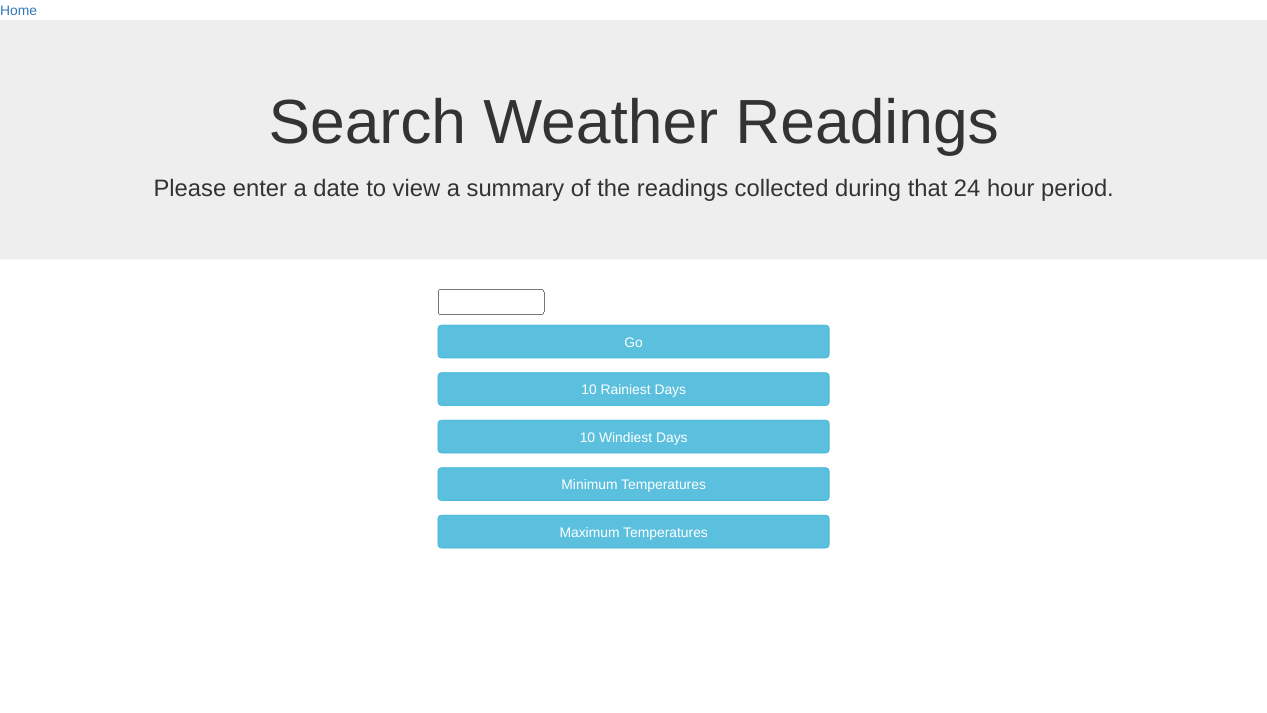
Repository: kralin27/ILC
Page: http://localhost/TESCWeather/WEB-INF/jsp/Search.jsp
An editor plug-in stored every save of this project. The page is shown before and after the next save, followed by the edit.
The browser window is 1280 px wide. The pictures show the whole page, at 99% of full size.
The page is served by Tomcat 9. Nobody is signed in. Other server files are loaded and not shown. The template is opened directly, without the code that normally fills it, so the values that code supplies are empty.

Above is the page before, as saved 2016-12-13 02:57:52.

### TESCWeather/src/main/webapp/WEB-INF/jsp/Search.jsp
<%@ taglib prefix="c" uri="http://java.sun.com/jsp/jstl/core"%>
<%@ taglib prefix="spring" uri="http://www.springframework.org/tags"%>

<html>
<head lang="en">
     <head>
          <meta charset="utf-8">
          <meta http-equiv="X-UA-Compatible" content="IE=edge">
          <meta name="viewport" content="width=device-width, initial-scale=1">
    <title>Search</title>
        <link rel="stylesheet" href="https://maxcdn.bootstrapcdn.com/bootstrap/3.3.5/css/bootstrap.min.css">

</head>
<body>
		<a href=" <spring:url value="/" /> "> Home </a>

<div class="jumbotron">

                  <h1 align="center">Search Weather Readings</h2>
                  <h3 align="center">Please enter a date to view a summary of the readings collected during that 24 hour period.</h3>
</div>


<div class="col-md-4 col-md-offset-4">
	<form method="GET" action=" <spring:url value="/WeatherReadings/Date" />">
		<p text-alignment="center">
		<input type="text" name="date" size="10" >
		</p>
		<p>
		<button type="submit" class="btn btn-large btn-block btn-info"> Go</button>
	</form>

	<form method="GET" action=" <spring:url value="/WeatherReadings/Measure/Rain" />">
		<input type="submit" class="btn btn-large btn-block btn-info" value="10 Rainiest Days">
	</form>

	<form method="GET" action=" <spring:url value="/WeatherReadings/Measure/Wind" />">
		<input type="submit" class="btn btn-large btn-block btn-info" value="10 Windiest Days">
	</form>

	<form method="GET" action=" <spring:url value="/WeatherReadings/Measure/TempMin" />">
		<input type="submit" class="btn btn-large btn-block btn-info"value="Minimum Temperatures">
	</form>

	<form method="GET" action=" <spring:url value="/WeatherReadings/Measure/TempMax" />">
		<input type="submit" class="btn btn-large btn-block btn-info" value="Maximum Temperatures">
	</form>

</div>


</body>
</html>

After the next save:
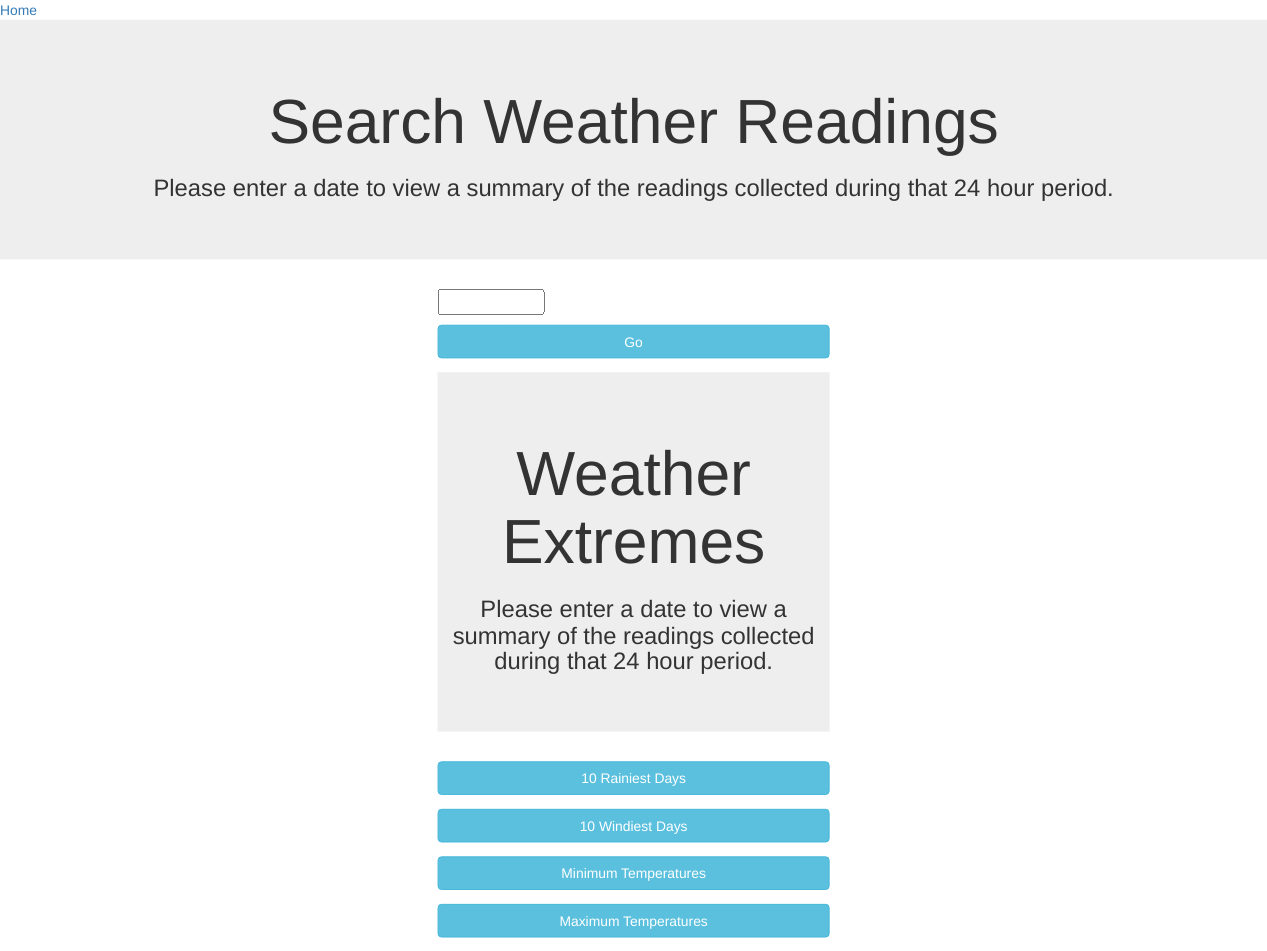
Saved 4 h 54 min later.
--- a/TESCWeather/src/main/webapp/WEB-INF/jsp/Search.jsp
+++ b/TESCWeather/src/main/webapp/WEB-INF/jsp/Search.jsp
@@ -30,6 +30,12 @@
 		<button type="submit" class="btn btn-large btn-block btn-info"> Go</button>
 	</form>
 
+	<div class="jumbotron">
+
+                  <h1 align="center">Weather Extremes</h2>
+                  <h3 align="center">Please enter a date to view a summary of the readings collected during that 24 hour period.</h3>
+</div>
+
 	<form method="GET" action=" <spring:url value="/WeatherReadings/Measure/Rain" />">
 		<input type="submit" class="btn btn-large btn-block btn-info" value="10 Rainiest Days">
 	</form>
